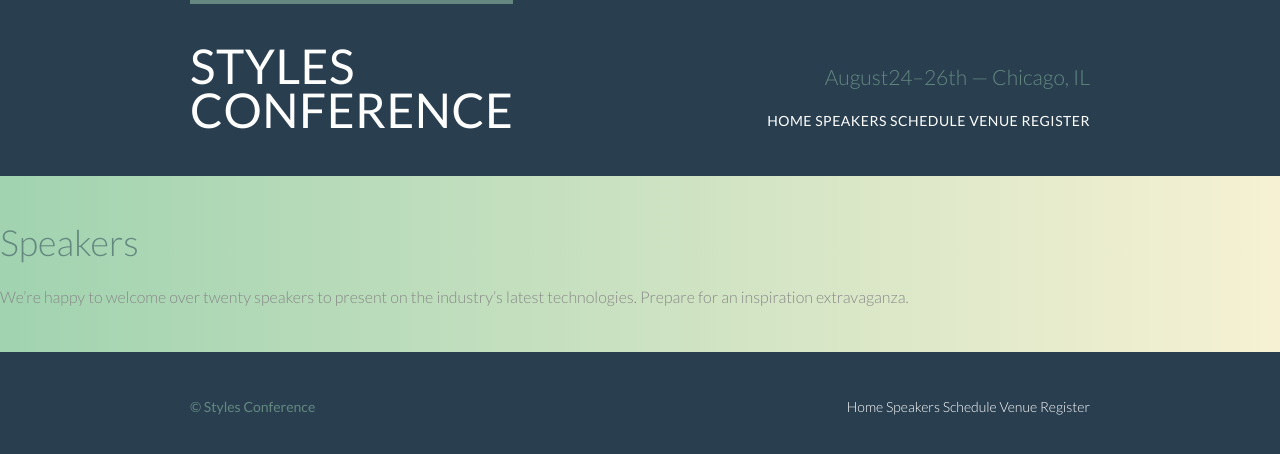
Repository: igorkovski/styles-conference
Page: speakers.html
The author's editor kept a record of every edit. The page is drawn from the files as they stood at one moment, then again after the next edit.
The browser window is 1280 px wide. The pictures show the whole page.

Above is the page before.

### speakers.html
<!DOCTYPE html>
<html lang="en">

	<head>
		<meta charset="utf-8">
		<title>Styles Conference</title>
		<link rel="stylesheet" href="assets/stylesheets/main.css">
    	           <link rel="stylesheet" href="http://fonts.googleapis.com/css?family=Lato:100,300,400">

	</head>

	<body>
	<!--Header-->
	  <header class="primary-header container group">

	  	<h1 class="logo">
	  	  <a href="index.html">Styles <br> Conference</a>
	  	</h1>
	  	  <h3 class="tagline">August24&ndash;26th &mdash; Chicago, IL
	  	</h3>

	  	<nav class="nav primary-nav">
	  	  <a href="index.html">Home</a>
	  	  <a href="speakers.html">Speakers</a>
	  	  <a href="schedule.html">Schedule</a>
	  	  <a href="venue.html">Venue</a>
	  	  <a href="register.html">Register</a>
	  	</nav>

	  </header>

		<!--Being Awesome -->

		<section class="row-alt">
		  <div class="lead conatiner">

			<h1>Speakers</h1>

			<p>We&#8217;re happy to welcome over twenty speakers to present on the industry&#8217;s latest technologies. Prepare for an inspiration extravaganza.</p>

		  </div>

		</section>


		<!--Footer -->

	<footer class="primary-footer container group">

	  <small>&copy; Styles Conference</small>
	    <nav class="nav">
	      <a href="index.html">Home</a>
	      <a href="speakers.html">Speakers</a>
	      <a href="schedule.html">Schedule</a>
	      <a href="venue.html">Venue</a>
	      <a href="register.html">Register</a>
	    </nav>

	</footer>
	</body>
</html>

### assets/stylesheets/main.css
/* http://meyerweb.com/eric/tools/css/reset/
   v2.0 | 20110126
   License: none (public domain)
*/

html, body, div, span, applet, object, iframe,
h1, h2, h3, h4, h5, h6, p, blockquote, pre,
a, abbr, acronym, address, big, cite, code,
del, dfn, em, img, ins, kbd, q, s, samp,
small, strike, strong, sub, sup, tt, var,
b, u, i, center,
dl, dt, dd, ol, ul, li,
fieldset, form, label, legend,
table, caption, tbody, tfoot, thead, tr, th, td,
article, aside, canvas, details, embed,
figure, figcaption, footer, header, hgroup,
menu, nav, output, ruby, section, summary,
time, mark, audio, video {
  margin: 0;
  padding: 0;
  border: 0;
  font-size: 100%;
  font: inherit;
  vertical-align: baseline;
}
/* HTML5 display-role reset for older browsers */
article, aside, details, figcaption, figure,
footer, header, hgroup, menu, nav, section {
  display: block;
}
body {
  line-height: 1;
}
ol, ul {
  list-style: none;
}
blockquote, q {
  quotes: none;
}
blockquote:before, blockquote:after,
q:before, q:after {
  content: '';
  content: none;
}
table {
  border-collapse: collapse;
  border-spacing: 0;
}

/* Custom styles */

body {
  background: #293f50;
  color: #888;
  font: 300 16px/22px "Lato", "Open Sans", "Helvetica Neue", Helvetica, Arial, sans-serif;
}

/*
Grid
*/

*,
*:before,
*:after {
  -webkit-box-sizing: border-box;
     -moz-box-sizing: border-box;
          box-sizing: border-box;
}

.container,
.grid {
  margin: 0 auto;
  width: 960px;
}

.container {
  padding-left: 30px;
  padding-right: 30px;
}

.grid,
.col-1-3,
.col-2-3 {
  padding-left: 15px;
  padding-right: 15px;
}
.col-1-3,
.col-2-3 {
  display: inline-block;
  vertical-align: top;
}
.col-1-3 {
  width: 33.33%;
}
.col-2-3 {
  width: 66.66%;
}

/*  Clearfix  */

.group:before,
.group:after {
  content: "";
  display: table;
}
.group:after {
  clear: both;
}
.group {
  clear: both;
  *zoom: 1;
}

/* Rows */

.row,
.row-alt {
  min-width: 960px;
}

.row {
  background: #fff;
  padding: 60px 0 44px 0;
}

.row-alt {
  background: #cbe2c1;
  background: -webkit-linear-gradient(to right, #a1d3b0, #f6f1d3);
  background: -moz-linear-gradient(to right, #a1d3b0, #f6f1d3);
  background: linear-gradient(to right, #a1d3b0, #f6f1d3);
  padding: 44px 0 22px 0;
}

/* Typography */

h1, h2, h3, h4 {
  color: #648880;
}
h1, h3, h4, h5, p {
  margin-bottom: 22px;
}
h1 {
  font-size: 36px;
  line-height: 44px;
}
h2 {
  font-size: 24px;
  line-height: 44px;
}
h3 {
  font-size: 21px;
}
h4 {
  font-size: 18px;
}
h5 {
  color: #a9b2b9;
  font-size: 14px;
  font-weight: 400;
  text-transform: uppercase;
}
strong {
  font-weight: 400;
}
cite,
em {
  font-style: italic;
}

/*  Links  */

a {
  color: #648880;
  text-decoration: none;
}
a:hover {
  color: #a9b2b9;
}
p a {
  border-bottom: 1px solid #dfe2e5;
}

.primary-header a,
.primary-footer a {
  color: #fff;
}
.primary-header a:hover,
.primary-footer a:hover {
  color: #648880;
}


/* Buttons */

.btn {
  border-radius: 5px;
  color: #fff;
  cursor: pointer;
  display: inline-block;
  font-weight: 400;
  letter-spacing: .5px;
  margin: 0;
  text-transform: uppercase;
}

.btn-alt {
  border: 1px solid #fff;
  padding: 10px 30px;
}
.btn-alt:hover {
  background: #fff;
  color: #648880;
}

/* Primary Header */

.logo {
  border-top: 4px solid #648880;
  float: left;
  font-size: 48px;
  font-weight: 400;
  letter-spacing: .5px;
  line-height: 44px;
  padding: 40px 0 22px 0;
  text-transform: uppercase;
}

.tagline {
  margin: 66px 0 22px 0;
  text-align: right;
}
.primary-nav {
  font-size: 14px;
  font-weight: 400;
  letter-spacing: .5px;
  text-transform: uppercase;
}

/* Primary Footer */

.primary-footer {
  color: #648880;
  font-size: 14px;
  padding-bottom: 44px;
  padding-top: 44px;
}
.primary-footer small {
  float: left;
  font-weight: 400;
}

/* Navigation */

.nav {
  text-align: right;
}

/* Home */

.hero {
  color: #fff;
  line-height: 44px;
  padding: 22px 80px 66px 80px;
  text-align: center;

}
.hero h2 {
  font-size: 36px;
}
.hero p {
  font-size: 24px;
  font-weight: 100;
}
.teaser a:hover h3 {
  color: #a9b2b9;
}

After the next edit:
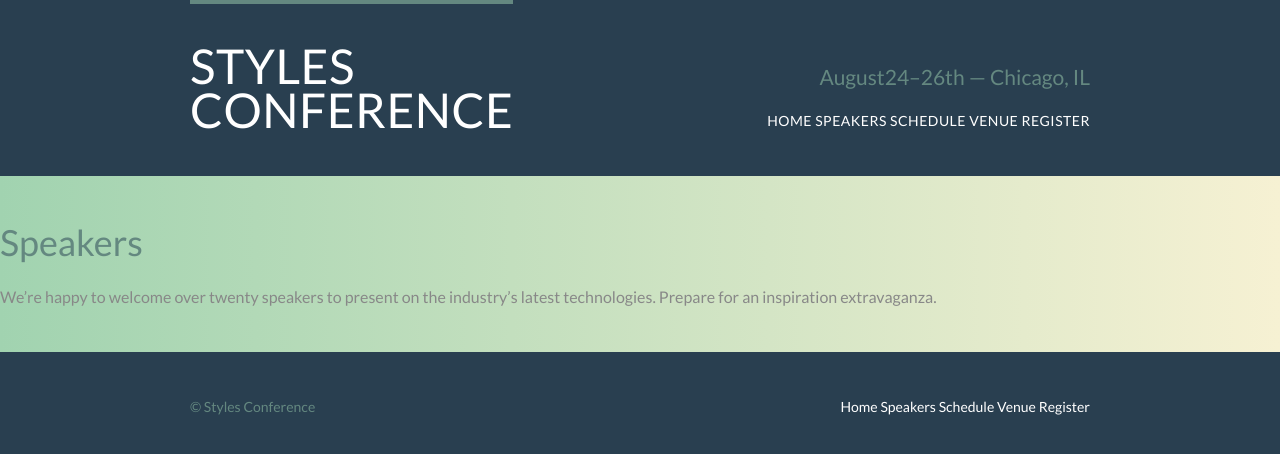
The edit:
--- a/speakers.html
+++ b/speakers.html
@@ -5,7 +5,7 @@
 		<meta charset="utf-8">
 		<title>Styles Conference</title>
 		<link rel="stylesheet" href="assets/stylesheets/main.css">
-    	           <link rel="stylesheet" href="http://fonts.googleapis.com/css?family=Lato:100,300,400">
+		<link href='http://fonts.googleapis.com/css?family=Lato' rel='stylesheet' type='text/css'>
 
 	</head>
 
